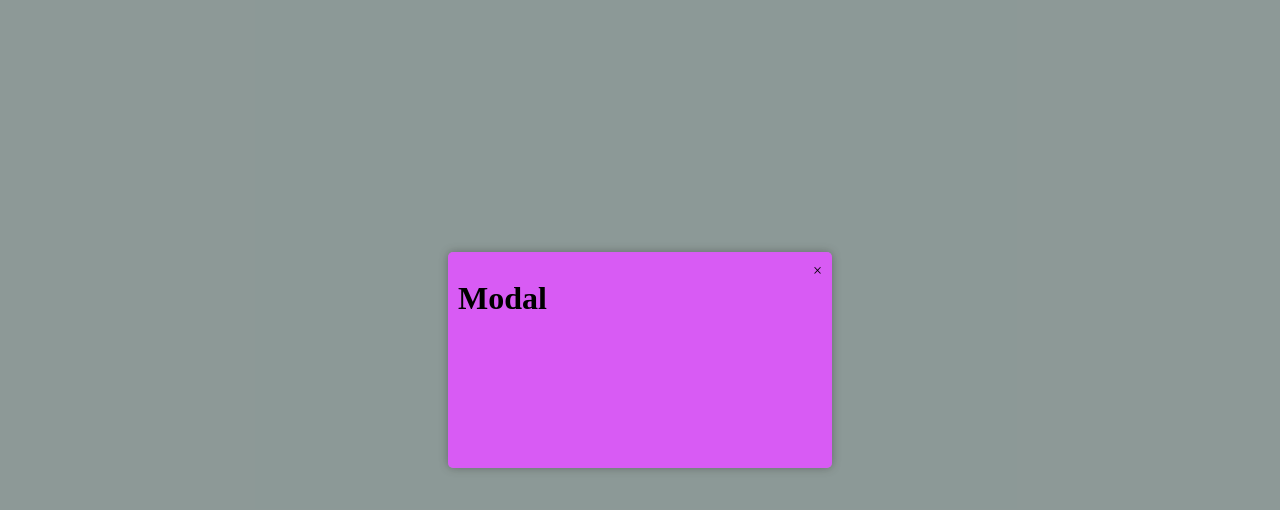
Repository: Soab42/portfolio
Page: /modal
The author's editor kept a copy of each file at every save. The page is drawn from the files as they stood at one save, then again after the next save.
The browser window is 1280 px wide. The pictures show the whole page.
The project was rebuilt for these pictures with package versions that can differ from the ones it lists, and the page was loaded fresh each time. The framework's server and built-in components were replaced by stand-ins that run in the browser. Also part of the build but not shown: next.config.js.

Above is the page before, as saved 2023-10-09 16:07:27.

### app/layout.js
import "./globals.css";

export const metadata = {
  title: "syfuddhin",
  description: "Portfolio application for Soab Mahmud Syfuddhin",
};

export default function RootLayout({ children }) {
  return (
    <html lang="en">
      <body>{children}</body>
    </html>
  );
}

### app/modal/page.js
import Modal from "@/components/Modal";
import React from "react";

export default function page() {
  const component = <h1>Modal</h1>;
  return (
    <div>
      <Modal>{component}</Modal>
    </div>
  );
}

### app/globals.css
:root {
  --max-width: 1100px;
  --border-radius: 12px;
  --font-mono: ui-monospace, Menlo, Monaco, "Cascadia Mono", "Segoe UI Mono",
    "Roboto Mono", "Oxygen Mono", "Ubuntu Monospace", "Source Code Pro",
    "Fira Mono", "Droid Sans Mono", "Courier New", monospace;

  --foreground-rgb: 0, 0, 0;
  --background-start-rgb: 214, 219, 220;
  --background-end-rgb: 255, 255, 255;

  --primary-glow: conic-gradient(
    from 180deg at 50% 50%,
    #16abff33 0deg,
    #0885ff33 55deg,
    #54d6ff33 120deg,
    #0071ff33 160deg,
    transparent 360deg
  );
  --secondary-glow: radial-gradient(
    rgba(255, 255, 255, 1),
    rgba(255, 255, 255, 0)
  );

  --tile-start-rgb: 239, 245, 249;
  --tile-end-rgb: 228, 232, 233;
  --tile-border: conic-gradient(
    #00000080,
    #00000040,
    #00000030,
    #00000020,
    #00000010,
    #00000010,
    #00000080
  );

  --callout-rgb: 238, 240, 241;
  --callout-border-rgb: 172, 175, 176;
  --card-rgb: 180, 185, 188;
  --card-border-rgb: 131, 134, 135;
}

@media (prefers-color-scheme: dark) {
  :root {
    --foreground-rgb: 255, 255, 255;
    --background-start-rgb: 0, 0, 0;
    --background-end-rgb: 0, 0, 0;

    --primary-glow: radial-gradient(rgba(1, 65, 255, 0.4), rgba(1, 65, 255, 0));
    --secondary-glow: linear-gradient(
      to bottom right,
      rgba(1, 65, 255, 0),
      rgba(1, 65, 255, 0),
      rgba(1, 65, 255, 0.3)
    );

    --tile-start-rgb: 2, 13, 46;
    --tile-end-rgb: 2, 5, 19;
    --tile-border: conic-gradient(
      #ffffff80,
      #ffffff40,
      #ffffff30,
      #ffffff20,
      #ffffff10,
      #ffffff10,
      #ffffff80
    );

    --callout-rgb: 20, 20, 20;
    --callout-border-rgb: 108, 108, 108;
    --card-rgb: 100, 100, 100;
    --card-border-rgb: 200, 200, 200;
  }
}

* {
  box-sizing: border-box;
  padding: 0;
  margin: 0;
}

html,
body {
  max-width: 100vw;
  overflow-x: hidden;
  position: relative;
}

body {
  color: rgb(var(--foreground-rgb));
  background: linear-gradient(
      to bottom,
      transparent,
      rgb(var(--background-end-rgb))
    )
    rgb(var(--background-start-rgb));
}

a {
  color: inherit;
  text-decoration: none;
}

@media (prefers-color-scheme: dark) {
  html {
    color-scheme: dark;
  }
}

.modal {
  /* display: flex; */
  justify-content: center;
  align-items: center;
  background: #31494272;
  position: fixed;
  top: 0;
  bottom: 0;
  right: 0;
  left: 0;
}
.modal-content {
  position: absolute;
  top: 50%;
  left: 50%;
  width: fit-content;
  min-width: 30%;
  min-height: 30%;
  display: flex;
  flex-direction: column;
  transform: translate(-50%, -50%);
  background-color: #d85bf4fe;
  padding: 10px;
  border-radius: 5px;
  box-shadow: 0px 0px 10px rgba(0, 0, 0, 0.3);
}

### components/Modal.js
"use client";
import React, { useState } from "react";

export default function Modal({ children }) {
  const [isOpen, setIsOpen] = useState(true);

  const openModal = () => {
    setIsOpen(true);
    document.body.style.overflow = "hidden"; // Prevent scrolling
  };

  const closeModal = () => {
    setIsOpen(false);
    document.body.style.overflow = "auto"; // Restore scrolling
  };
  return (
    <div className="modal" style={{ display: `${isOpen ? "flex" : "hidden"}` }}>
      <div className="modal-content">
        <span
          className="close"
          onClick={closeModal}
          style={{ display: "flex", justifyContent: "right" }}
        >
          &times;
        </span>
        <div>{children}</div>
      </div>
    </div>
  );
}

After the next save:
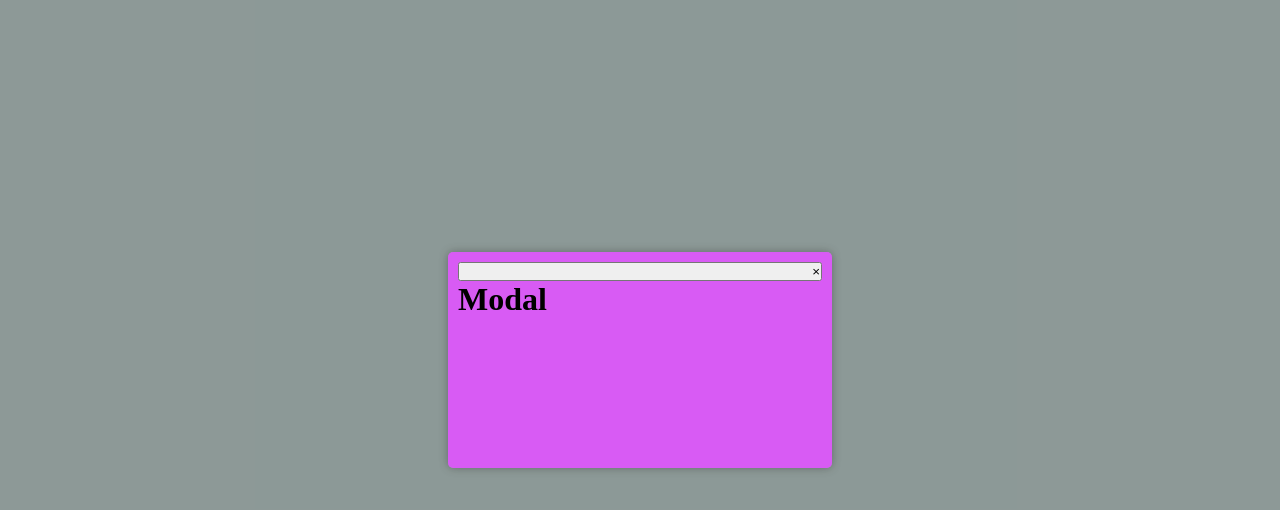
Saved 63 s later.
--- a/components/Modal.js
+++ b/components/Modal.js
@@ -16,13 +16,13 @@
   return (
     <div className="modal" style={{ display: `${isOpen ? "flex" : "hidden"}` }}>
       <div className="modal-content">
-        <span
+        <button
           className="close"
           onClick={closeModal}
           style={{ display: "flex", justifyContent: "right" }}
         >
           &times;
-        </span>
+        </button>
         <div>{children}</div>
       </div>
     </div>

After the 2 saves that followed:
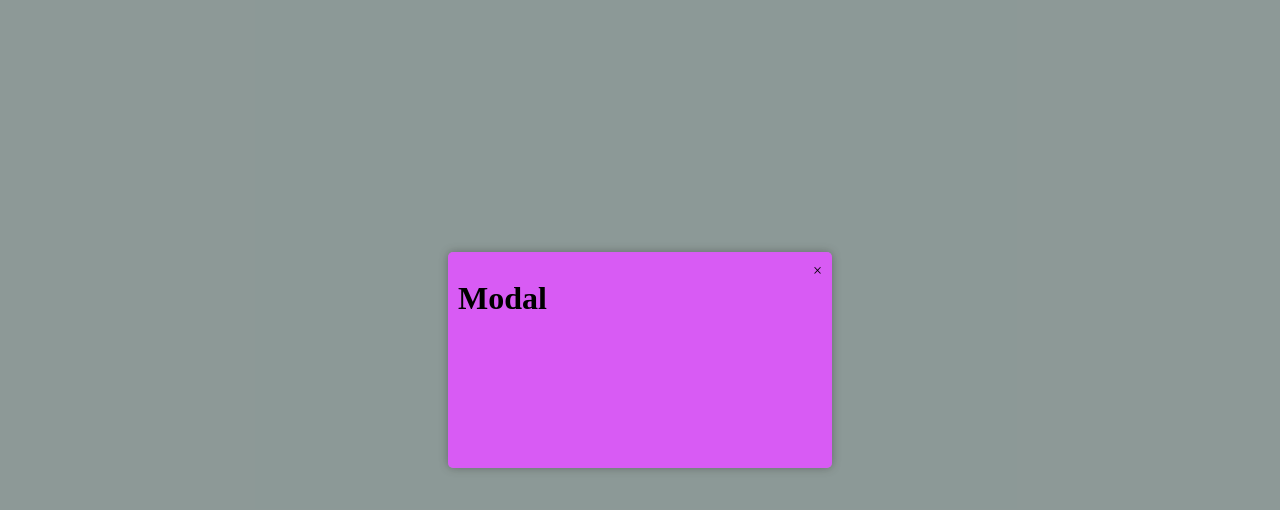
The 2 saves are shown as one change because 1 left the picture as it was.
The last was saved 2 min 57 s later.
--- a/components/Modal.js
+++ b/components/Modal.js
@@ -16,14 +16,14 @@
   return (
     <div className="modal" style={{ display: `${isOpen ? "flex" : "hidden"}` }}>
       <div className="modal-content">
-        <button
+        <butto
           className="close"
           onClick={closeModal}
           style={{ display: "flex", justifyContent: "right" }}
         >
           &times;
-        </button>
-        <div>{children}</div>
+        </butto>
+        {children}
       </div>
     </div>
   );
